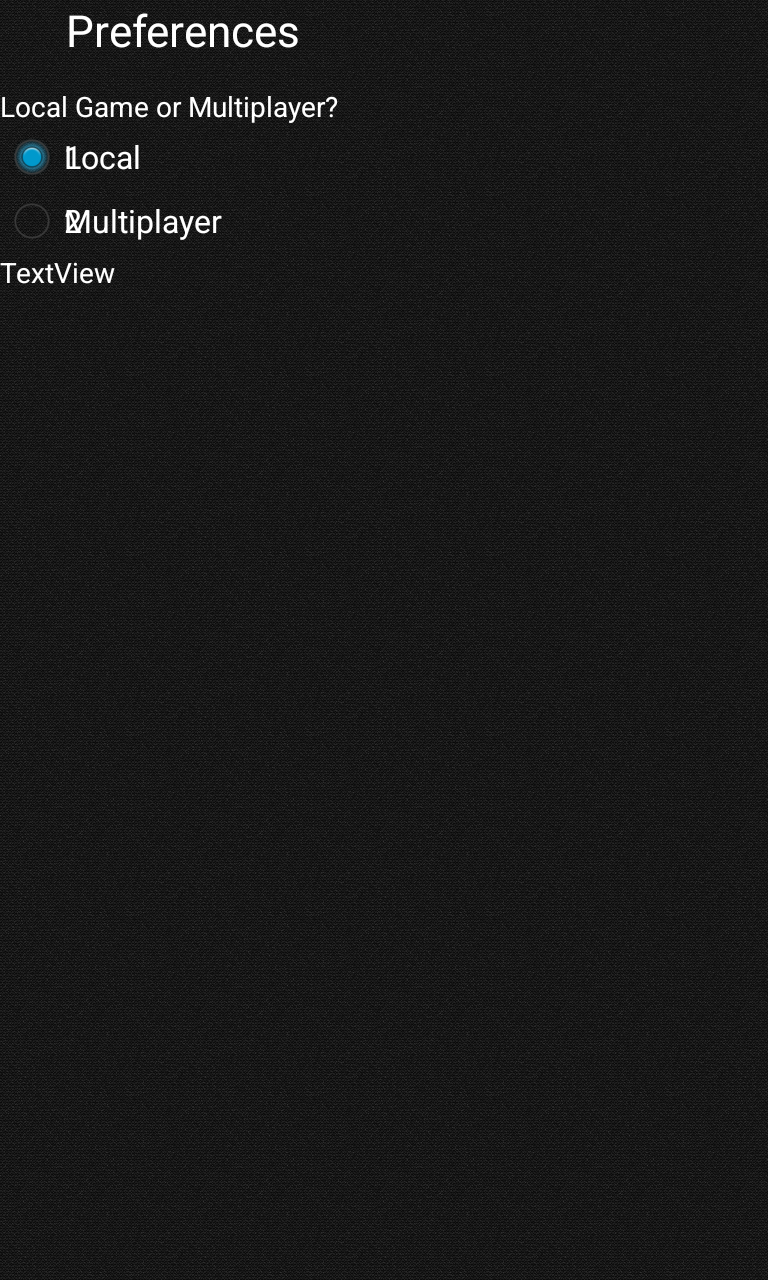
Repository: Tacohen/Killbots
Layout: Killbots/res/layout/settings.xml
These files come from the project's save history. The layout is drawn as it stood at one moment and after the next save; the edit follows.
It is drawn on a 768 x 1280 px phone screen (xhdpi) without system bars, with theme AppTheme; the app's code is not run.

Above is the layout before, as saved 2013-12-14 03:01:48.

### Killbots/res/layout/settings.xml
<?xml version="1.0" encoding="utf-8"?>
<RelativeLayout xmlns:android="http://schemas.android.com/apk/res/android"
    android:layout_width="match_parent"
    android:layout_height="match_parent"
    android:background="@drawable/binding_dark_tiled">

    <TextView
        android:id="@+id/preferencesIntroText"
        android:layout_width="wrap_content"
        android:layout_height="wrap_content"
        android:layout_alignParentLeft="true"
        android:layout_alignParentTop="true"
        android:layout_marginLeft="33dp"
        android:text="@string/preferences"
        android:textColor="@android:color/white"
        android:textAppearance="?android:attr/textAppearanceLarge" />

    <TextView
        android:id="@+id/unitsText"
        android:layout_width="wrap_content"
        android:layout_height="wrap_content"
        android:layout_alignParentLeft="true"
        android:layout_below="@+id/preferencesIntroText"
        android:layout_marginTop="14dp"
        android:text="Local Game or Multiplayer?"
        android:textColor="@android:color/white"
        android:textAppearance="?android:attr/textAppearanceSmall" />

    <RadioGroup
        android:id="@+id/radioGroupUnits"
        android:layout_width="wrap_content"
        android:layout_height="wrap_content"
        android:layout_alignParentLeft="true"
        android:layout_below="@+id/unitsText" >

        <RadioButton
            android:id="@+id/local"
            android:layout_width="wrap_content"
            android:layout_height="wrap_content"
            android:checked="true"
            android:textColor="@android:color/white"
            android:text="Local"/>

        <RadioButton
            android:id="@+id/multiplayer"
            android:layout_width="wrap_content"
            android:layout_height="wrap_content"
            android:textColor="@android:color/white"
            android:text="Multiplayer" />

    </RadioGroup>

    <TextView
        android:id="@+id/checkedid"
        android:layout_width="wrap_content"
        android:layout_height="wrap_content"
        android:layout_below="@+id/radioGroupUnits" />
    <TextView
        android:id="@+id/checkedindex"
        android:layout_width="wrap_content"
        android:layout_height="wrap_content"
        android:layout_below="@+id/checkedid"  />

    <TextView
        android:id="@+id/textView1"
        android:layout_width="wrap_content"
        android:layout_height="wrap_content"
        android:layout_alignParentLeft="true"
        android:layout_alignTop="@+id/checkedid"
        android:textColor="@android:color/white"
        android:text="TextView" />

        <RadioGroup
        android:id="@+id/radioGroupUnitsPlayerNumber"
        android:layout_width="wrap_content"
        android:layout_height="wrap_content"
        android:layout_alignParentLeft="true"
        android:layout_below="@+id/unitsText" >

        <RadioButton
            android:id="@+id/playerNumber1"
            android:layout_width="wrap_content"
            android:layout_height="wrap_content"
            android:checked="true"
            android:textColor="@android:color/white"
            android:text="1"/>

        <RadioButton
            android:id="@+id/playerNumber2"
            android:layout_width="wrap_content"
            android:layout_height="wrap_content"
            android:textColor="@android:color/white"
            android:text="2" />

    </RadioGroup>


</RelativeLayout>

### Killbots/res/drawable-hdpi/binding_dark_tiled.xml
<?xml version="1.0" encoding="utf-8"?>
<bitmap xmlns:android="http://schemas.android.com/apk/res/android"
 android:src="@drawable/binding_dark"
 android:tileMode="repeat" />

### Killbots/res/drawable-mdpi/binding_dark_tiled.xml
<?xml version="1.0" encoding="utf-8"?>
<bitmap xmlns:android="http://schemas.android.com/apk/res/android"
 android:src="@drawable/binding_dark"
 android:tileMode="repeat" />

### Killbots/res/drawable-xhdpi/binding_dark_tiled.xml
<?xml version="1.0" encoding="utf-8"?>
<bitmap xmlns:android="http://schemas.android.com/apk/res/android"
 android:src="@drawable/binding_dark"
 android:tileMode="repeat" />

### Killbots/res/drawable-xxhdpi/binding_dark_tiled.xml
<?xml version="1.0" encoding="utf-8"?>
<bitmap xmlns:android="http://schemas.android.com/apk/res/android"
 android:src="@drawable/binding_dark"
 android:tileMode="repeat" />

### Killbots/res/values/strings.xml
<?xml version="1.0" encoding="utf-8"?>
<resources>

    <string name="app_name">Killbots</string>
    <string name="action_settings">Settings</string>
    <string name="settings">Settings</string>
    <string name="howToPlay">How To Play</string>
    <string name="playGame">Play Killbots</string>
    <string name="highScores">High Scores</string>
    <string name="preferences">Preferences</string>
    <string name="placeholder">Placeholder</string>
    <string name="trueString">True</string>
    <string name="falseString">False</string>

</resources>

Loaded but not shown: Killbots/res/values/styles.xml (common file); Killbots/res/values-v11/styles.xml (common file); Killbots/res/values-v14/styles.xml (common file)

After the next save:
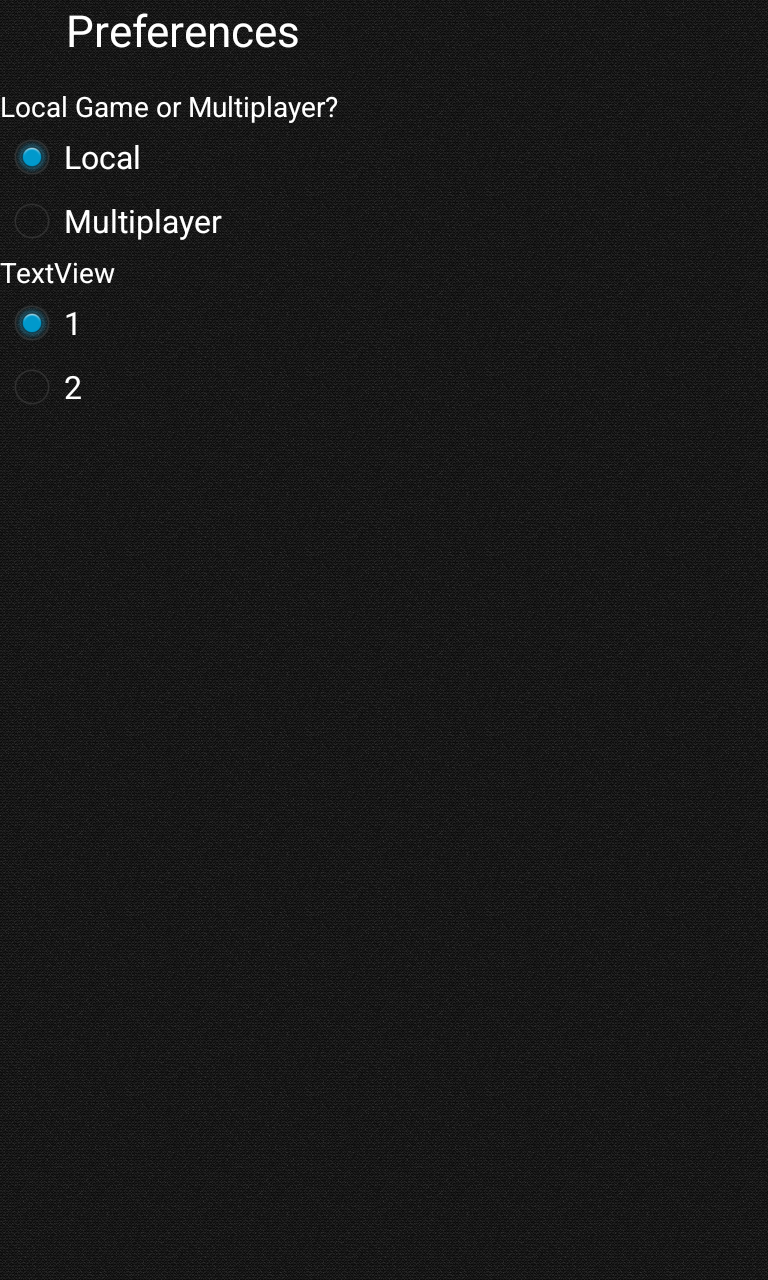
Saved 21 s later.
--- a/Killbots/res/layout/settings.xml
+++ b/Killbots/res/layout/settings.xml
@@ -62,7 +62,7 @@
         android:layout_below="@+id/checkedid"  />
 
     <TextView
-        android:id="@+id/textView1"
+        android:id="@+id/playerNumberTextView"
         android:layout_width="wrap_content"
         android:layout_height="wrap_content"
         android:layout_alignParentLeft="true"
@@ -75,7 +75,7 @@
         android:layout_width="wrap_content"
         android:layout_height="wrap_content"
         android:layout_alignParentLeft="true"
-        android:layout_below="@+id/unitsText" >
+        android:layout_below="@+id/playerNumberTextView" >
 
         <RadioButton
             android:id="@+id/playerNumber1"
